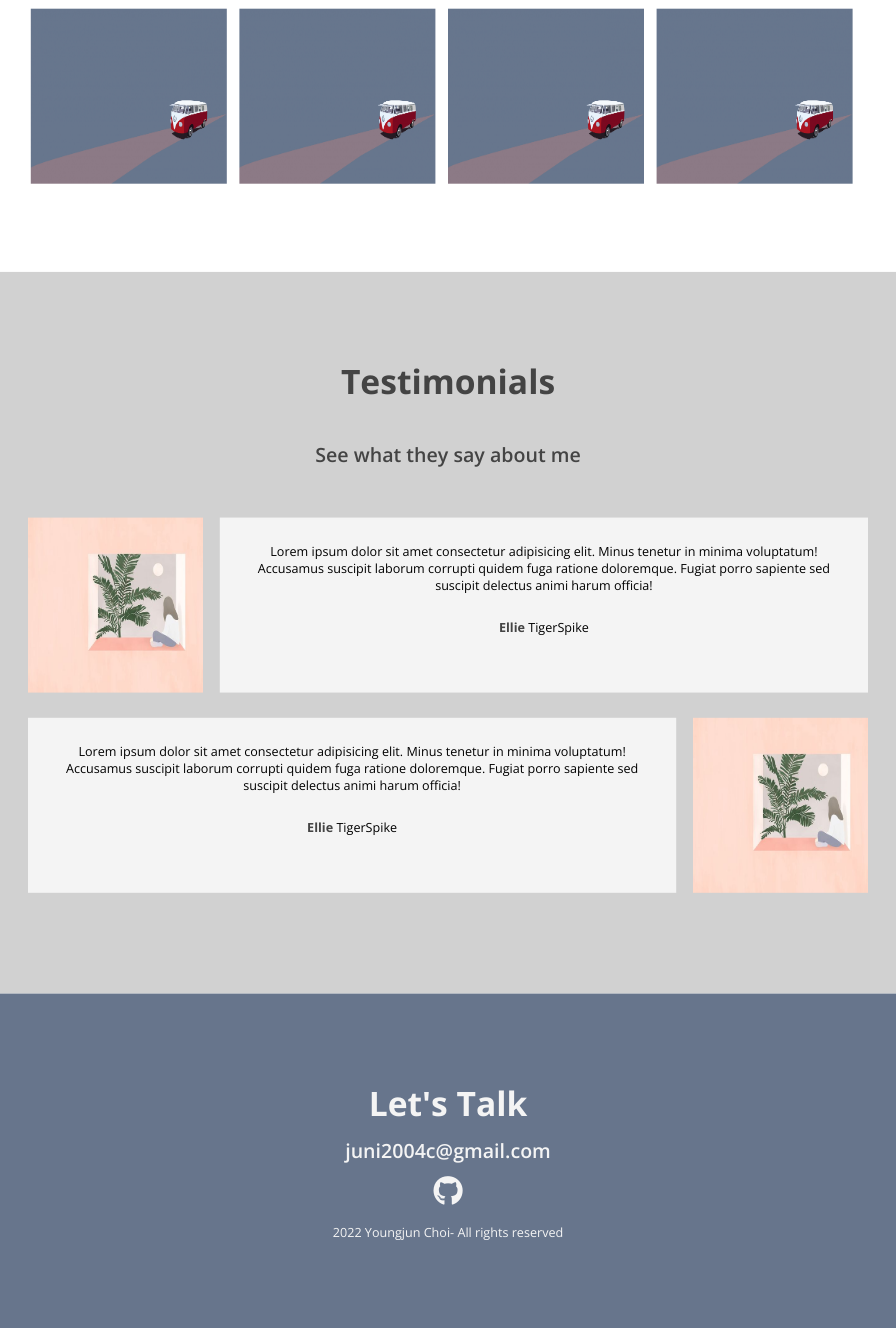
Repository: choi2021/portfolio-vanillaJS
Page: index.html
The author's editor kept a copy of each file at every save. The page is drawn from the files as they stood at one save, then again after the next save.
The browser window is 1280 px wide. The pictures show the part of the page from y = 3738 to 5658 px (the page is 5636 px tall before and 5658 px after), at 70% of full size.
Some web libraries are served in a nearby version.

Above is the page before, as saved 2022-01-08 16:47:06.

After the next save:
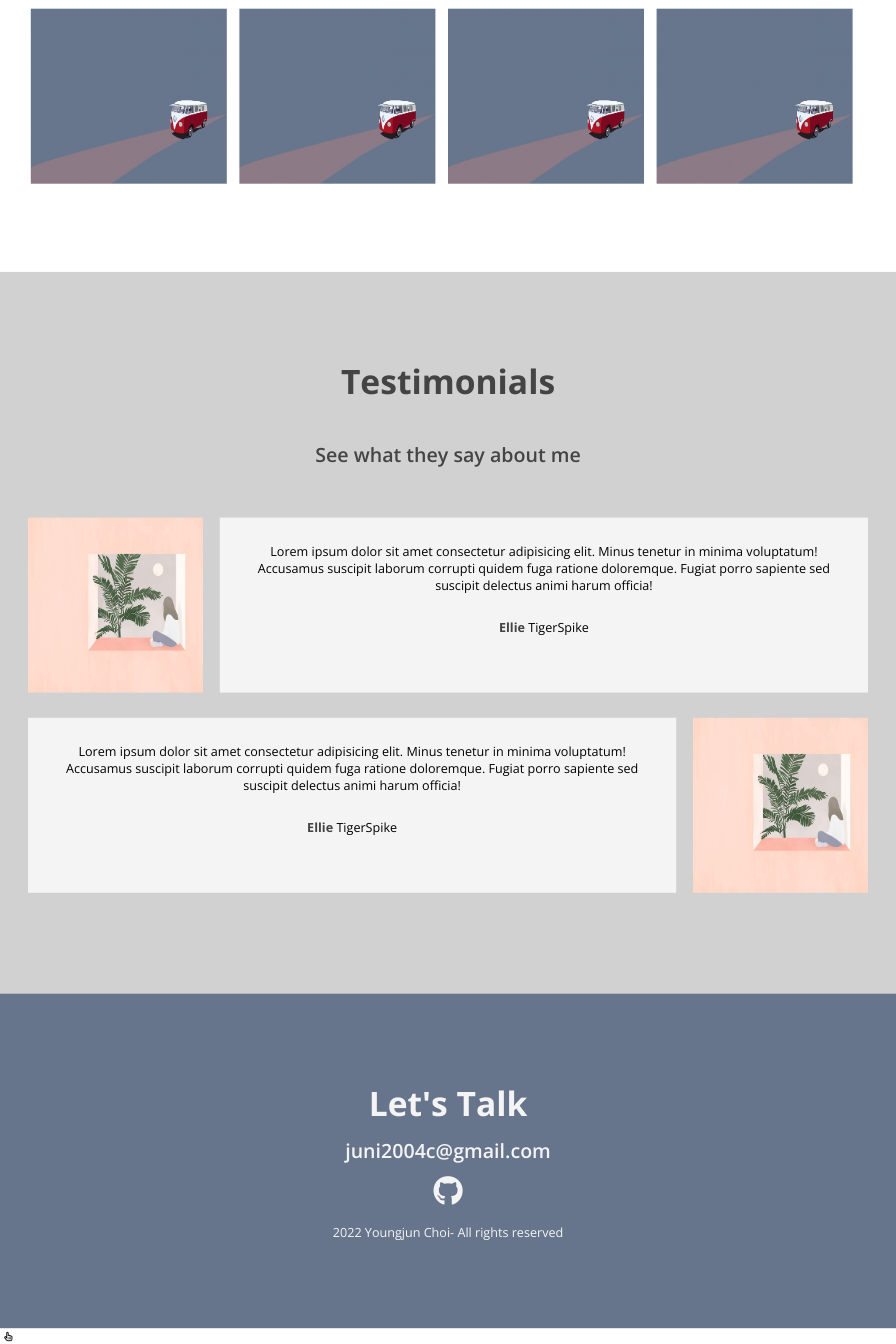
Saved 3 min 54 s later.
--- a/index.html
+++ b/index.html
@@ -264,6 +264,9 @@
     </div>
     <p class="contact__rights">2022 Youngjun Choi- All rights reserved</p>
   </section>
+  <button class="upBtn">
+    <i class="far fa-hand-pointer"></i>
+  </button>
 </body>
 
 </html>

After the save that followed:
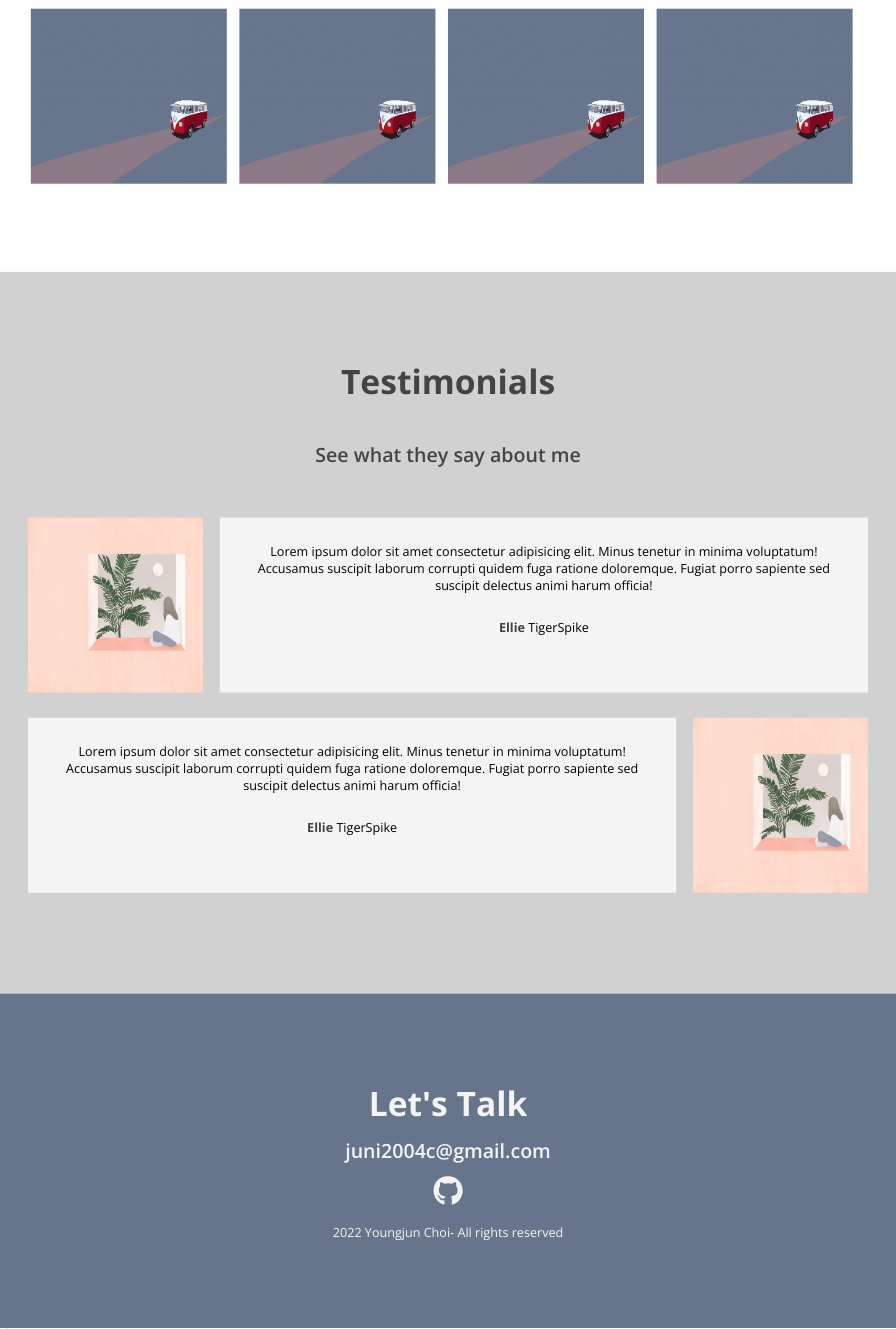
Saved 34 s later.
--- a/style.css
+++ b/style.css
@@ -538,6 +538,10 @@
   font-size: var(--font-regular);
 }
 
+.upBtn {
+  position: fixed;
+}
+
 @media screen and (min-width: 768px) and (max-width: 1070px) {
   :root {
     /* Space */
